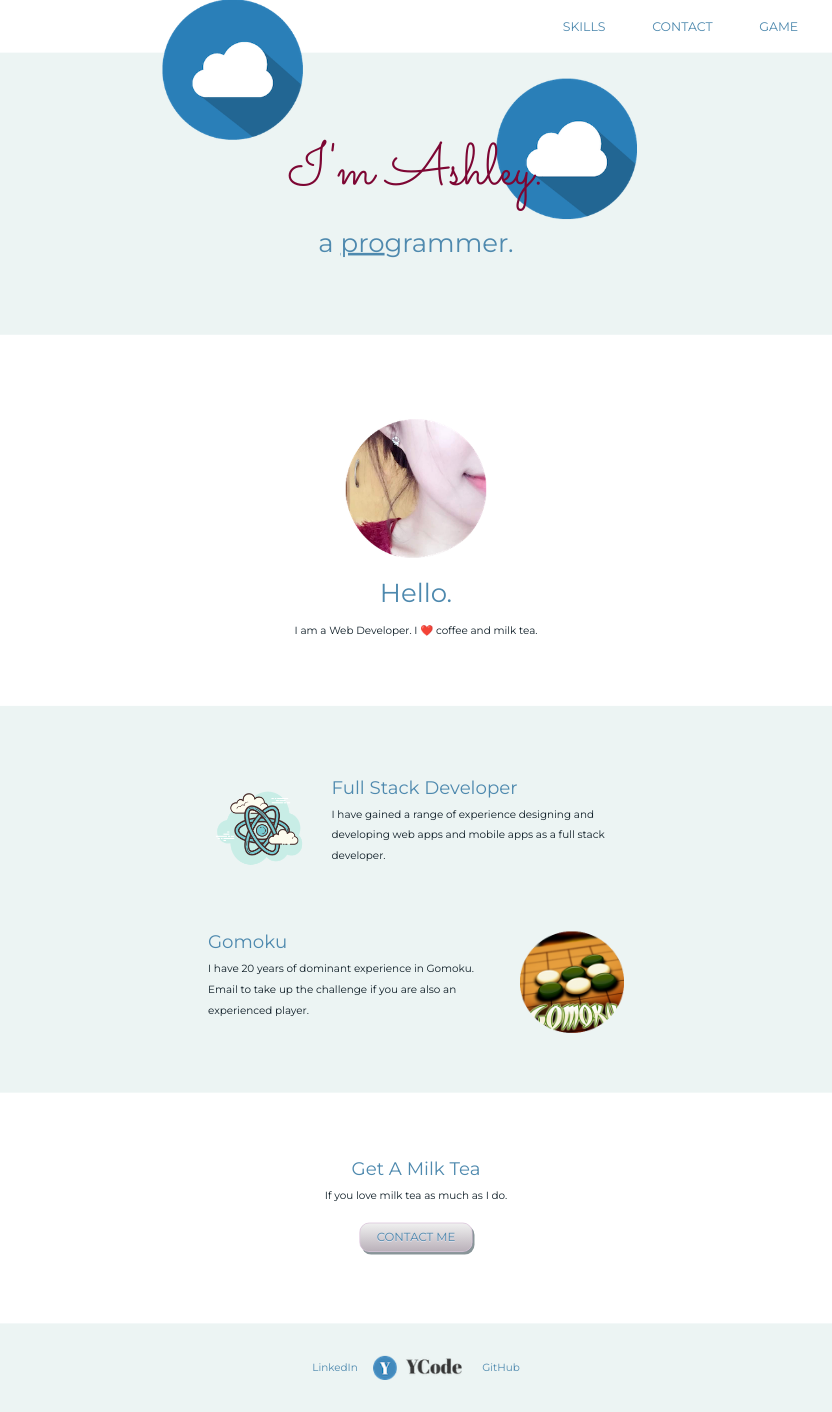
Repository: nosugarpls/YCode-my-website
Page: index.html
The author's editor kept a copy of each file at every save. The page is drawn from the files as they stood at one save, then again after the next save.
The browser window is 1280 px wide. The pictures show the whole page, at 65% of full size.

Above is the page before, as saved 2020-09-25 10:50:09.

After the next save:
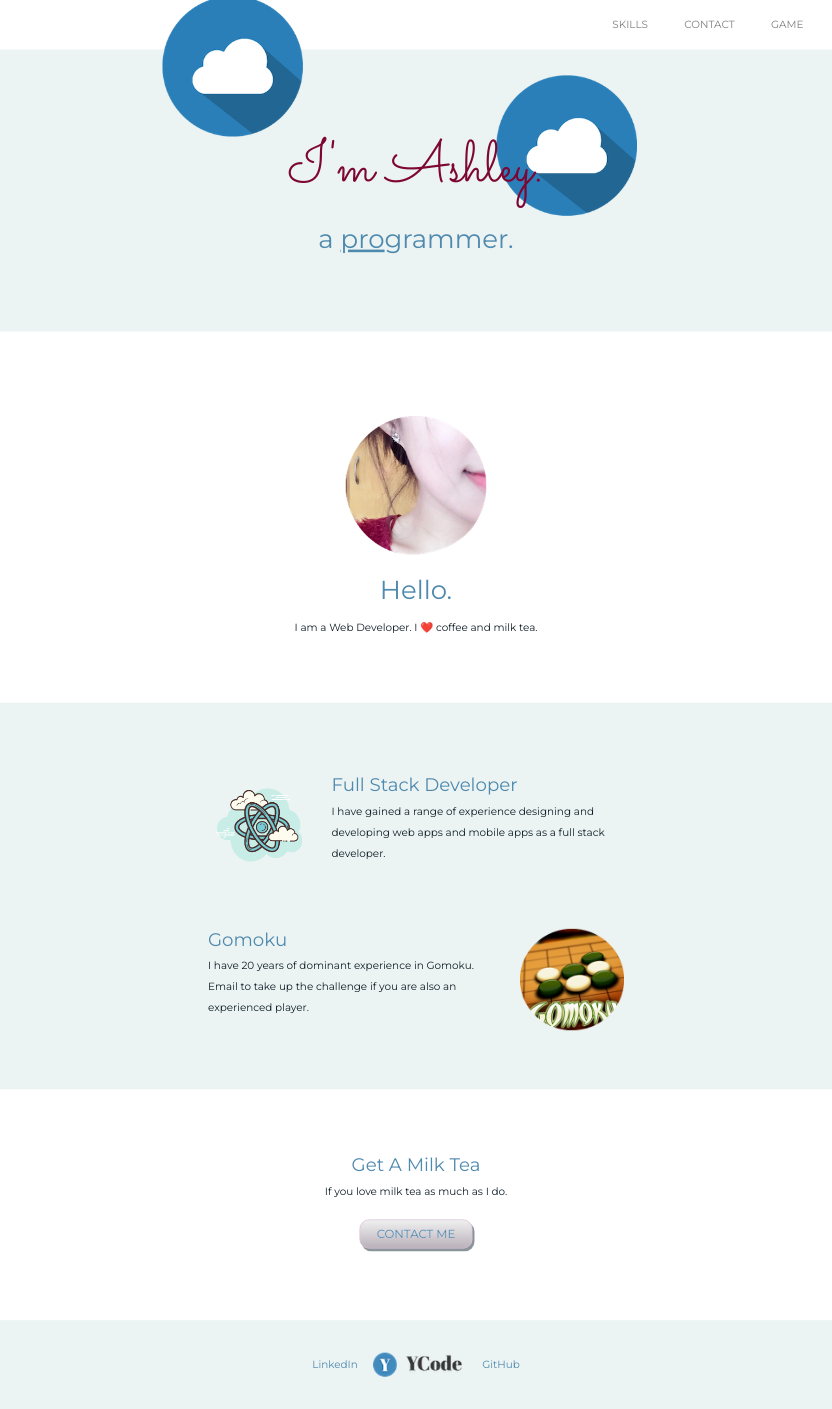
Saved 102 s later.
--- a/css/styles.css
+++ b/css/styles.css
@@ -146,7 +146,7 @@
 
 /* Navigation Bar */
 
-.nav-item {
+/* .nav-item {
   padding: 0 8px;
 }
 
@@ -156,4 +156,4 @@
   color: #4e89ae !important;
   z-index: 2;
   position:relative;
-}
+} */

After the save that followed:
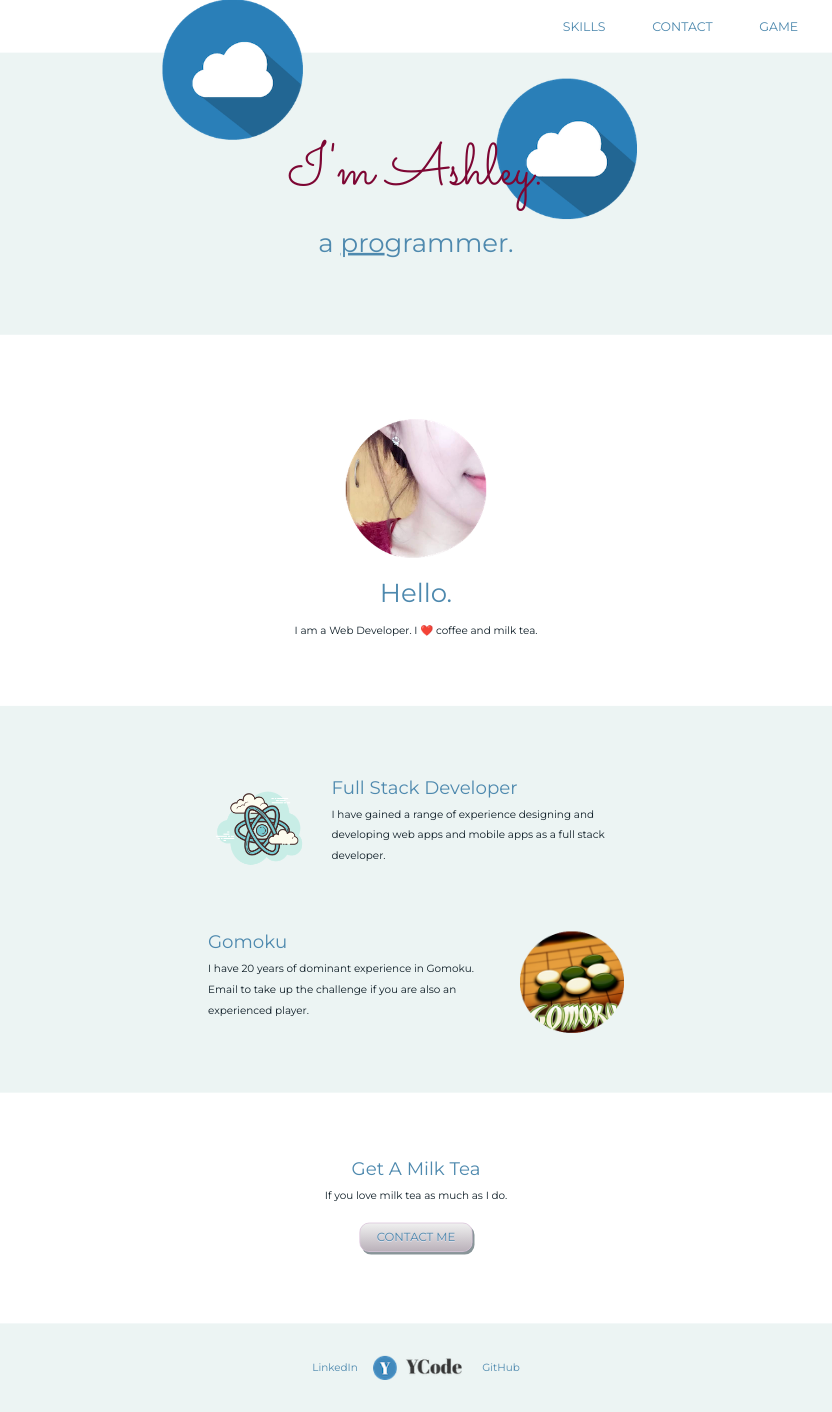
Saved 39 s later.
--- a/css/styles.css
+++ b/css/styles.css
@@ -146,7 +146,7 @@
 
 /* Navigation Bar */
 
-/* .nav-item {
+.nav-item {
   padding: 0 8px;
 }
 
@@ -156,4 +156,4 @@
   color: #4e89ae !important;
   z-index: 2;
   position:relative;
-} */
+}
